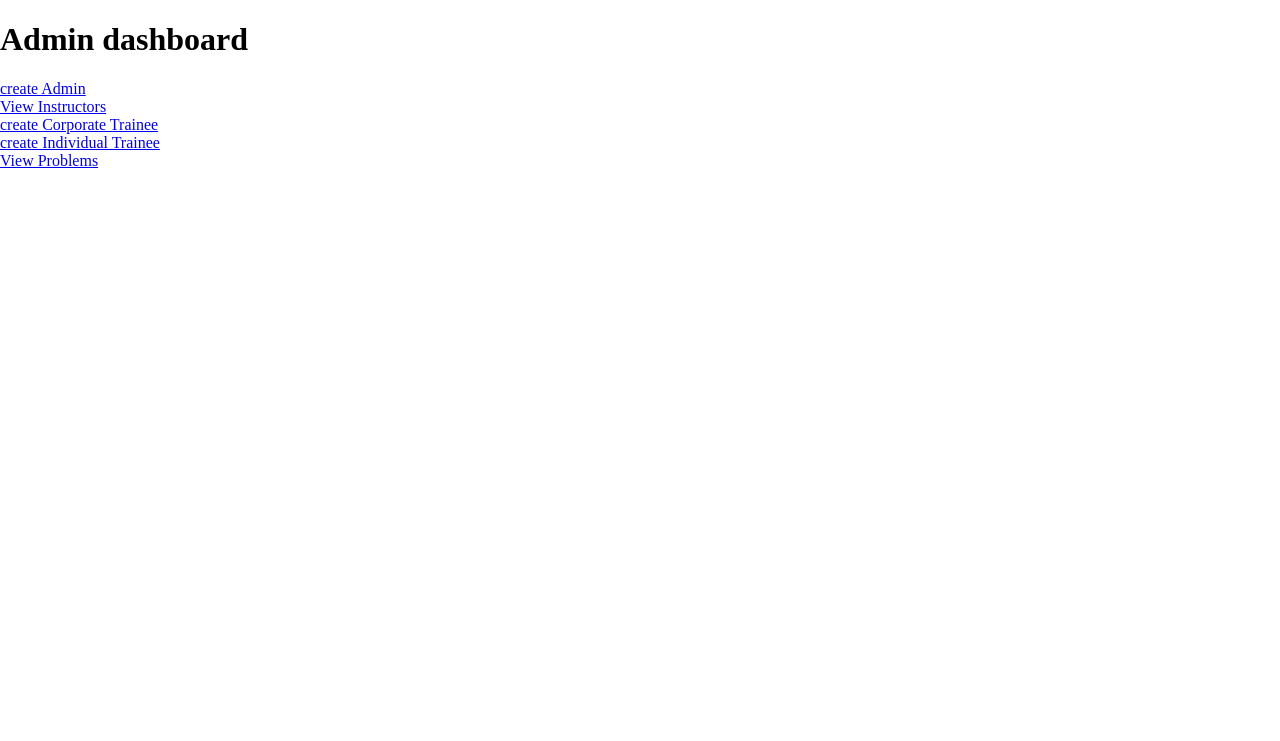
Repository: alafty/ACML-Project
Page: /adminDashboard (app in frontend/)
These files come from the project's save history. The page is drawn as it stood at one moment and after the next save; the edit follows.
The browser window is 1280 px wide. The pictures show the whole page.
The project was rebuilt for these pictures with package versions that can differ from the ones it lists, and the page was loaded fresh each time. Also part of the build but not shown: frontend/src/components/header.tsx, frontend/src/pages/Register/Register.tsx, frontend/src/utils/authUtils.ts, frontend/src/constants/app_config.ts, frontend/src/utils/httpClient.ts, frontend/src/app/UsersServices.ts, frontend/src/pages/Login/Login.tsx, frontend/src/pages/Login/ForgotPassword.tsx and 28 more. Imported but missing from the stored project, and not drawn on this page: frontend/src/pages/Course/CourseDetails, frontend/src/pages/Legal/Legal, frontend/src/reportWebVitals.

Above is the page before, as saved 2023-01-05 02:56:16.

After the next save:
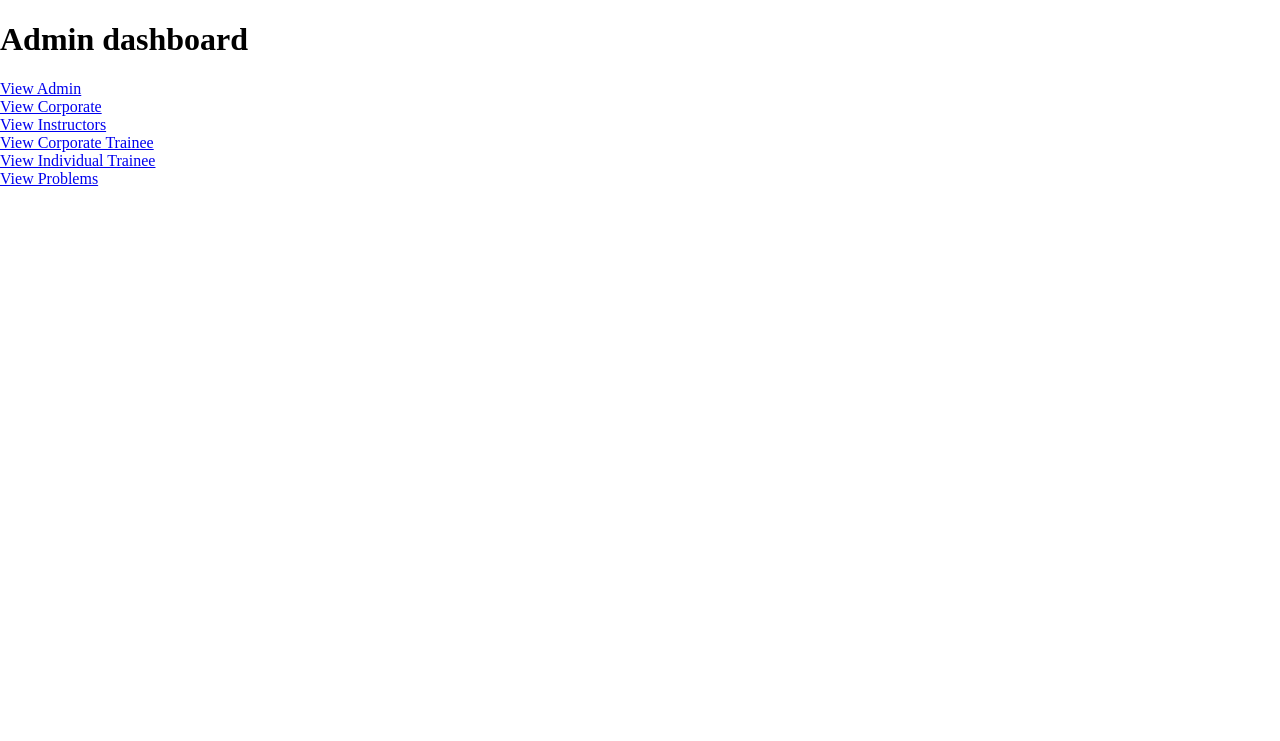
Saved 59 s later.
--- a/frontend/src/pages/admin/adminDashboard.tsx
+++ b/frontend/src/pages/admin/adminDashboard.tsx
@@ -6,10 +6,11 @@ function AdminDashboard () {
     return(
         <div>
         <h1>Admin dashboard</h1>
-        <Link to="/createAdmin">create Admin</Link> <br />
+        <Link to="/viewAdmins">View Admin</Link> <br />
+        <Link to="/viewCorporates">View Corporate</Link> <br />
         <Link to="/viewInstructors">View Instructors</Link> <br />
-        <Link to="/createCorpTrainee">create Corporate Trainee</Link> <br />
-        <Link to="/createindivTrainee">create Individual Trainee</Link> <br />
+        <Link to="/viewCorpTrainee">View Corporate Trainee</Link> <br />
+        <Link to="/viewindivTrainee">View Individual Trainee</Link> <br />
         <Link to="/viewProblems">View Problems</Link> <br />
 
 
